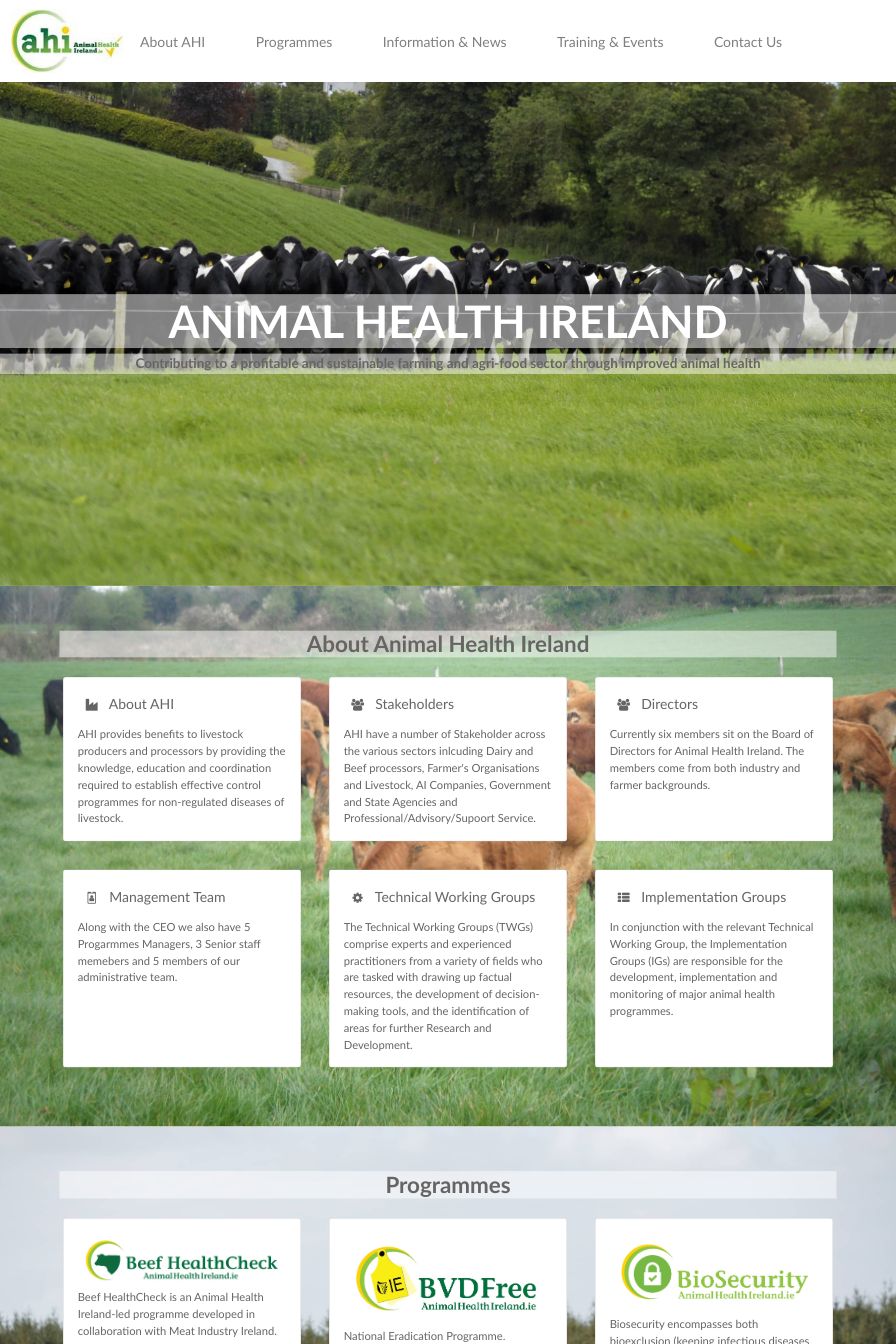
Repository: lisaannbyrne1/MilestoneProject1
Page: index.html
The author's editor kept a record of every edit. The page is drawn from the files as they stood at one moment, then again after the next edit.
The browser window is 1280 px wide. The pictures show the part of the page from y = 0 to 1920 px (the page is 3890 px tall), at 70% of full size.
Backgrounds fixed to the window are drawn as part of the page.

Above is the page before.

### index.html
<!DOCTYPE html>
<html lang="en">

<head>
  <meta charset="UTF-8">
  <meta name="viewport" content="width=device-width, initial-scale=1.0"/>
  <meta http-equiv="X-UA-Compatible" content="ie=edge"/>
  <link rel="stylesheet" href="https://stackpath.bootstrapcdn.com/bootstrap/4.3.1/css/bootstrap.min.css" integrity="sha384-ggOyR0iXCbMQv3Xipma34MD+dH/1fQ784/j6cY/iJTQUOhcWr7x9JvoRxT2MZw1T" crossorigin="anonymous"/>
  <link rel="stylesheet" href="https://cdnjs.cloudflare.com/ajax/libs/font-awesome/4.7.0/css/font-awesome.min.css"/>
  <link rel="stylesheet" href="./assets/css/style.css" type="text/css" />
  <title>Animal Health Ireland</title>
</head>

<body>


  <!--Navigation Bar-->

  <nav class="navbar navbar-expand-lg navbar-light bg-light">
    <a class="navbar-brand" href="#">
    <img src="assets/images/ahi-min.jpg" alt="AHI">
  </a>
    <button class="navbar-toggler" type="button" data-toggle="collapse" data-target="#navbarNav" aria-controls="navbarNav" aria-expanded="false" aria-label="Toggle navigation">
    <span class="navbar-toggler-icon"></span>
  </button>
    <div class="collapse navbar-collapse" id="navbarNav">
      <ul class="navbar-nav">
        <li class="nav-item">
          <a class="nav-link" href="#about">About AHI</a>
        </li>
        <li class="nav-item">
          <a class="nav-link" href="#programmes">Programmes</a>
        </li>
        <li class="nav-item">
          <a class="nav-link" href="#news">Information & News</a>
        </li>
        <li class="nav-item">
          <a class="nav-link" href="#training">Training & Events</a>
        </li>
        <li class="nav-item">
          <a class="nav-link" href="#footer-details">Contact Us</a>
        </li>
      </ul>
    </div>
  </nav>

  <!--Landing-->

  <header>
    <div class="header" id="home">
      <div class="maintext">
        <h1 class="headtext">ANIMAL HEALTH IRELAND</h1>
        <p class="subtext">Contributing to a profitable and sustainable farming and agri-food sector through improved animal health</p>
      </div>
    </div>
  </header>

  <!--About-->

  <div class="jumbotron jumbotron-fluid" id="about">
    <section id="about-ahi">
      <div class="container" id="container-about">
        <h2 class="section-title">About Animal Health Ireland</h2>
        <div class="row">
          <div class="col-md-4 ahi-cards">
            <div class="card">
              <div class="card-body">
                <h5 class="card-title"><i class="fa fa-industry"></i> About AHI</h5>
                <p class="card-text"> AHI provides benefits to livestock producers and processors by providing the knowledge, education and coordination required to establish effective control programmes for non-regulated diseases of livestock.</p>
              </div>
            </div>
          </div>

          <div class="col-md-4 ahi-cards">
            <div class="card">
              <div class="card-body">
                <h5 class="card-title"><i class="fa fa-users"></i> Stakeholders</h5>
                <p class="card-text">AHI have a number of Stakeholder across the various sectors inlcuding Dairy and Beef processors, Farmer's Organisations and Livestock, AI Companies, Government and State Agencies and Professional/Advisory/Supoort Service.</p>
              </div>
            </div>
          </div>

          <div class="col-md-4 ahi-cards">
            <div class="card">
              <div class="card-body">
                <h5 class="card-title"><i class="fa fa-users" aria-hidden="true"></i> Directors</h5>
                <p class="card-text">Currently six members sit on the Board of Directors for Animal Health Ireland. The members come from both industry and farmer backgrounds.</p>
              </div>
            </div>
          </div>
        </div>

        <div class="row">
          <div class="col-md-4 ahi-cards">
            <div class="card">
              <div class="card-body">
                <h5 class="card-title"><i class="fa fa-id-badge"></i> Management Team</h5>
                <p class="card-text">Along with the CEO we also have 5 Progarmmes Managers, 3 Senior staff memebers and 5 members of our administrative team. </p>
              </div>
            </div>
          </div>

          <div class="col-md-4 ahi-cards">
            <div class="card">
              <div class="card-body">
                <h5 class="card-title"><i class="fa fa-cog"></i> Technical Working Groups</h5>
                <p class="card-text">The Technical Working Groups (TWGs) comprise experts and experienced practitioners from a variety of fields who are tasked with drawing up factual resources, the development of decision-making tools, and the identification of areas for
                  further Research and Development.</p>
              </div>
            </div>
          </div>

          <div class="col-md-4 ahi-cards">
            <div class="card">
              <div class="card-body">
                <h5 class="card-title"> <i class="fa fa-th-list"></i> Implementation Groups</h5>
                <p class="card-text">In conjunction with the relevant Technical Working Group, the Implementation Groups (IGs) are responsible for the development, implementation and monitoring of major animal health programmes.</p>
              </div>
            </div>
          </div>

        </div>
      </div>
  </section>
  </div>

  <!--Programmes-->

  <div class="jumbotron jumbotron-fluid" id="programmes">
    <section id="prog">
      <div class="container" id="container-prog">
        <h2 class="section-title">Programmes</h2>

        <div class="row">
          <div class="col-md-4 ahi-cards">
            <div class="card">
              <div class="card-body">
                <img src="assets/images/bhc-min.jpg" class="card-img-top" alt="Beef HealthCheck">
                <p class="card-text">Beef HealthCheck is an Animal Health Ireland-led programme developed in collaboration with Meat Industry Ireland.</p>
              </div>
            </div>
          </div>

          <div class="col-md-4 ahi-cards">
            <div class="card">
              <div class="card-body">
                <img src="assets/images/bvd-min.jpg" class="card-img-top" alt="BVDFree">
                <p class="card-text">National Eradication Programme.</p>
              </div>
            </div>
          </div>

          <div class="col-md-4 ahi-cards">
            <div class="card">
              <div class="card-body">
                <img src="assets/images/bs-min.jpg" class="card-img-top" alt="BioSecurity">
                <p class="card-text">Biosecurity encompasses both bioexclusion (keeping infectious diseases out of holdings) and biocontainment (reducing infectious disease threats within the farm).</p>
              </div>
            </div>
          </div>
        </div>

        <div class="row">
          <div class="col-md-4 ahi-cards">

            <div class="card">
              <div class="card-body">
                <img src="assets/images/cc-min.jpg" class="card-img-top" alt="CalfCare">
                <p class="card-text"> </p>
                <p class="card-text">AHI have a number of Stakeholder across the various sectors inlcuding Dairy and Beef processors, Farmer's Organisations and Livestock, AI Companies, Government and State Agencies and Professional/Advisory/Supoort Service.</p>
              </div>
            </div>
          </div>

          <div class="col-md-4 ahi-cards">
            <div class="card">
              <div class="card-body">
                <img src="assets/images/cck-min.jpg" class="card-img-top" alt="CellCheck">
                <p class="card-text">CellCheck is the national mastitis control programme, coordinated and facilitated by Animal Health Ireland.</p>
              </div>
            </div>
          </div>

          <div class="col-md-4 ahi-cards">
            <div class="card">
              <div class="card-body">
                <img src="assets/images/ibr-min.jpg" class="card-img-top" alt="IBRFree">
                <p class="card-text">The initials ‘IBR’ stand for ‘Infectious Bovine Rhinotracheitis’ indicating that the disease spreads between cattle (Infectious Bovine) and usually causes the nose (Rhino-) and upper airways (-trache-) to become inflamed (-it is).</p>
              </div>
            </div>
          </div>
        </div>

        <div class="row">
          <div class="col-md-4 ahi-cards">

            <div class="card">
              <div class="card-body">
                <img src="assets/images/jd-min.jpg" class="card-img-top" alt="Johnes Disease">
                <p class="card-text">The Irish Johne’s Control Programme (IJCP) represents a significant step for the Irish cattle industries in developing a long-term approach to the control of Johne’s disease.</p>
              </div>
            </div>
          </div>

          <div class="col-md-4 ahi-cards">
            <div class="card">
              <div class="card-body">
                <img src="assets/images/pc-min.jpg" class="card-img-top" alt="Parasite Control">
                <p class="card-text">Effective and timely parasite control on farm has significant impacts on animal health, farm productivity and the processing industry.</p>
              </div>
            </div>
          </div>

          <div class="col-md-4 ahi-cards">
            <div class="card">
              <div class="card-body">
                <img src="assets/images/phc-min.jpg" class="card-img-top" alt="Pig Heath Check">
                <p class="card-text">Targeted Advisory Service on Animal Health in Pig Health</p>
              </div>
            </div>
          </div>
        </div>
      </div>
  </section>
 </div>

  <!--Information & News-->

  <div class="jumbotron jumbotron-fluid" id="news">
    <section id="info">
      <div class="container" id="container-training">
        <h2 class="section-title">Information & News</h2>
        <div class="row">
          <div class="col-md-4 ahi-cards">
            <div class="card">
              <div class="card-body">
                <h5 class="card-title"><i class="fa fa-newspaper-o" aria-hidden="true"></i> Newsletters & Bulletins</h5>
                <p class="card-text">Sign up here to receive AHI Newsletters and Bulletins.</p>
                <a href="https://portal.animalhealthireland.ie/NewsletterSignUp/" target="_blank" class="btn btn-outline-secondary">Sign Up</a>
              </div>
            </div>
          </div>

          <div class="col-md-4 ahi-cards">
            <div class="card">
              <div class="card-body">
                <h5 class="card-title"><i class="fa fa-book" aria-hidden="true"></i>Published Guides</h5>
                <p class="card-text">AHI has created a series of helpful information publications which are available to download as a PDF.</p>
                <a href="https://portal.animalhealthireland.ie/NewsletterSignUp/" target="_blank" class="btn btn-outline-secondary">Sign Up</a>
              </div>
            </div>
          </div>
          <div class="col-md-4 ahi-cards">
            <div class="card">
              <div class="card-body">
                <h5 class="card-title"><i class="fa fa-briefcase" aria-hidden="true"></i> Careers</h5>
                <p class="card-text">Please check back again for vacancies with Animal Health Ireland.</p>
              </div>
            </div>
          </div>
        </div>
      </div>
  </section>
 </div>

  <!--Training & Events-->

  <div class="jumbotron jumbotron-fluid" id="training">
    <section id="train-events">
      <div class="container" id="containertraining">
        <h2 class="section-title">Training & Events</h2>
        <div class="row">
          <div class="col-md-4 ahi-cards">
            <div class="card">
              <div class="card-body">
                <h5 class="card-title"><i class="fa fa-graduation-cap" aria-hidden="true"></i>Veterinary Training</h5>
                <p class="card-text">As part of the Rural Development Plan 2014-2020, DAFM, in conjunction with the EU, are funding a Targeted Advisory Service on Animal Health (TASAH) for farmers, delivered by trained veterinary practitioners.</p>
              </div>
            </div>
          </div>
          <div class="col-md-4 ahi-cards">
            <div class="card">
              <div class="card-body">
                <h5 class="card-title"><i class="fa fa-check-square-o" aria-hidden="true"></i>Training Experience of Interest</h5>
                <p class="card-text">Register your interest in taking part in future training relating to AHI Programmes.</p>
                <a href="https://portal.animalhealthireland.ie/traineoi/" target="_blank" class="btn btn-outline-secondary">Expression of Interest</a>
              </div>
            </div>
          </div>
          <div class="col-md-4 ahi-cards">
            <div class="card">
              <div class="card-body">
                <h5 class="card-title"><i class="fa fa-calendar" aria-hidden="true"></i>Events</h5>
                <p class="card-text">Please check back for up and coming on farm and training events that will be taking place.</p>
              </div>
            </div>
          </div>
        </div>
      </div>
  </div>
  </section>
 </div>

  <!--Footer-->

  <footer class="container-fluid">
    <div id="footer-details" class="row">

      <div class="col-sm-4 center-block text-center" id="footer">
        <h5>Sign Up with Us</h5>
        <a href="https://portal.animalhealthireland.ie/NewsletterSignUp/" target="_blank" class="btn btn-secondary">Newsletters & Bulletins</a>
        <a href="https://portal.animalhealthireland.ie/traineoi/" target="_blank" class="btn btn-secondary">Expression of Interest</a>
      </div>

      <div class="col-sm-4 center-block text-center" id="footer">
        <h5>Contact Us</h5>
        <i class="fa fa-phone" aria-hidden="true"></i> +353 (0) 71 9671928<br>
        <i class="fa fa-envelope" aria-hidden="true"></i> admin@animalhealthireland.ie<br>
        <i class="fa fa-map-marker" aria-hidden="true"></i> 4-5 The Archways, Carrick-on-Shannon, Co. Leitrim N41 WN2<br>
      </div>

      <div class="col-sm-4 center-block text-center" id="footer">
        <h5 class="h5">Follow Us On</h5>
        <div class="footer-social-icons">
          <a href="https://www.facebook.com/Animal.Health.Ireland/" target="_blank" class="fa fa-facebook"></a>
          <a href="https://twitter.com/animalhealthire?lang=en" target="_blank" class="fa fa-twitter"></a>
          <a href="https://www.youtube.com/channel/UCriAefzKXK5CNfb0e8MikMA" target="_blank" class="fa fa-youtube"></a>
          <a href="https://ie.linkedin.com/company/animal-health-ireland" target="_blank" class="fa fa-linkedin"></a>
        </div>
      </div>

    </div>
  </footer>

  <script src="https://code.jquery.com/jquery-3.3.1.slim.min.js" integrity="sha384-q8i/X+965DzO0rT7abK41JStQIAqVgRVzpbzo5smXKp4YfRvH+8abtTE1Pi6jizo" crossorigin="anonymous"></script>
  <script src="https://cdnjs.cloudflare.com/ajax/libs/popper.js/1.14.7/umd/popper.min.js" integrity="sha384-UO2eT0CpHqdSJQ6hJty5KVphtPhzWj9WO1clHTMGa3JDZwrnQq4sF86dIHNDz0W1" crossorigin="anonymous"></script>
  <script src="https://stackpath.bootstrapcdn.com/bootstrap/4.3.1/js/bootstrap.min.js" integrity="sha384-JjSmVgyd0p3pXB1rRibZUAYoIIy6OrQ6VrjIEaFf/nJGzIxFDsf4x0xIM+B07jRM" crossorigin="anonymous"></script>

</body>

</html>

### assets/css/style.css
/*--Fonts--*/

h3,
h5,
p {
    color: #676464;
    font-family: Calibri, Helvetica, sans-serif;
}

.section-title {
    background: rgba(255, 255, 255, 0.5);
    color: #676464;
    font-family: Calibri, Helvetica, sans-serif;
    font-weight: bold;
    text-align: center;
}


/*--Landing fonts/images--*/

body {
    margin: 0;
}

.headtext {
    align-items: center;
    background: rgba(255, 255, 255, 0.5);
    color: #fff;
    font-family: Calibri, Helvetica, sans-serif;
    font-size: 4rem;
    font-weight: 900;
}

.subtext {
    align-items: center;
    background: rgba(255, 255, 255, 0.5);
    color: #676464;
    font-family: Calibri, Helvetica, sans-serif;
    font-size: 1.2rem;
    font-weight: 900;
}

/*--Sections--*/

.header {
    background-attachment: fixed;
    background-image: url("../images/landing-min.jpg");
    background-position: bottom;
    background-size: cover;
    height: 100vh;
    text-align: center;
    width: 100%;
    z-index: 1;
}

.maintext {
    position: relative;
    top: 50%;
    transform: translateY(-50%);
}


/*--Navigation--*/

.navbar {
    position: -webkit-sticky;
    top: 0;
    width: 100%;
    z-index: 1000000;
}

.bg-light {
    background-color: #ffffff !important;
}

.navbar-expand-lg .navbar-nav .nav-link {
    font-family: Calibri, Helvetica, sans-serif;
    font-size: 20px;
    padding left: 4rem;
    padding-right: 4rem;
}

/*--Sections--*/

#about {
    background-attachment: fixed;
    background-image: url("../../assets/images/about-min.JPG");
    background-position: bottom;
    background-size: cover;
    margin-bottom: 0px;
    z-index: 1;
}

#programmes {
    background-attachment: fixed;
    background-image: url("../../assets/images/prog-min.jpg");
    background-position: bottom;
    background-size: cover;
    margin-bottom: 0px;
    z-index: 1;
}

#news {
    background-attachment: fixed;
    background-image: url("../../assets//images/news-min.JPG");
    background-position: bottom;
    background-size: cover;
    margin-bottom: 0px;
    z-index: 1;
}

#training {
    background-attachment: fixed;
    background-image: url("../../assets/images/training-min.jpg");
    background-position: bottom;
    background-size: cover;
    margin-bottom: 0px;
    z-index: 1;
}


/*--Cards--*/

.ahi-cards {
    display: grid;
    grid-template-rows: none|auto|max-content|min-content|length|initial|inherit;
    padding: 20px 20px 20px 20px;
}

.card-body {
    flex: 1 1 auto;
    padding: 1.25rem;
}


/*--Transitions--*/

.card {
    transform: translateZ(0px);
    transition-duration: .3s;
    transition-property: transform;
}

.card:hover {
    transform: scale(1.1);
}


/*--Footer--*/

.container-fluid {
    background-color: #fff;
    padding-top: 20px;
    width: 100%;
}

.col-sm-4 {
    padding-bottom: 20px;
    padding-top: 20px;
}

.btn-secondary {
    margin-bottom: 10px;
    margin-top: 10px;
    width: 50%;
}

#footer {
    color: #676464;
    font-family: Calibri, Helvetica, sans-serif;
}

a {
    color: #000;
    color: rgba(0, 0, 0, .5);
    text-decoration: none;
}

.button {
    background-color: #4CAF50;
    border: none;
    color: white;
    cursor: pointer;
    display: inline-block;
    font-size: 16px;
    margin: 4px 2px;
    padding: 15px 32px;
    text-align: center;
    text-decoration: none;
}

a.button {
    text-decoration: none;
}

.footer-social-icons {
    padding-top: 20px;
}


/*--Footer Socials--*/

.fa {
    border-radius: 50%;
    font-size: 17px;
    padding: 10px;
    text-align: center;
    text-decoration: none;
    width: 40px;
}

.fa:hover {
    opacity: 0.7;
    text-decoration: none;
}

.fa-facebook {
    background: #3B5998;
    color: white;
}

.fa-twitter {
    background: #55ACEE;
    color: white;
}

.fa-youtube {
    background: #bb0000;
    color: white;
}

.fa-linkedin {
    background: #007bb5;
    color: white;
}



/*--Media Queries--*/

After the next edit:
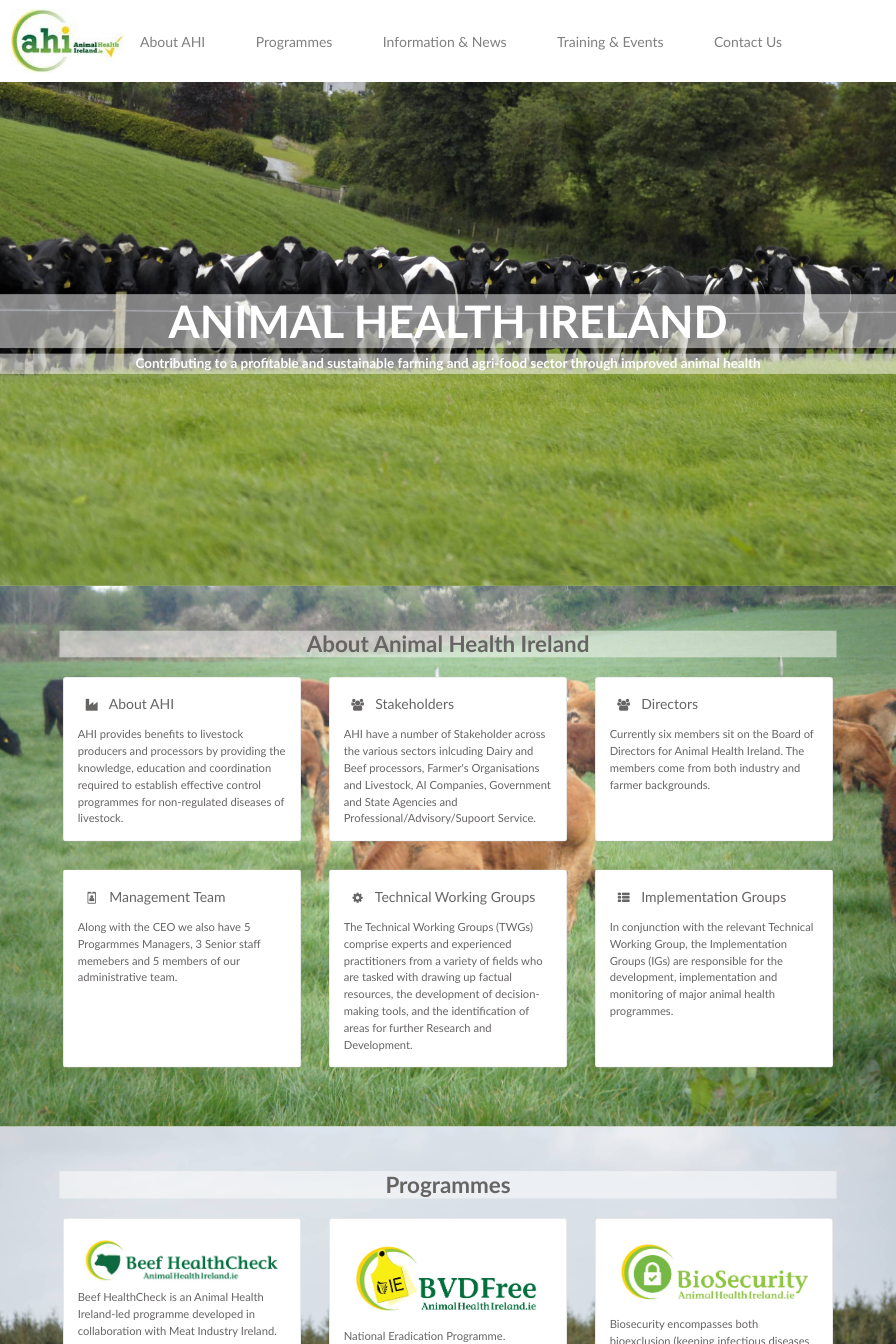
The edit:
--- a/assets/css/style.css
+++ b/assets/css/style.css
@@ -34,7 +34,7 @@
 .subtext {
     align-items: center;
     background: rgba(255, 255, 255, 0.5);
-    color: #676464;
+    color: #fff;
     font-family: Calibri, Helvetica, sans-serif;
     font-size: 1.2rem;
     font-weight: 900;
